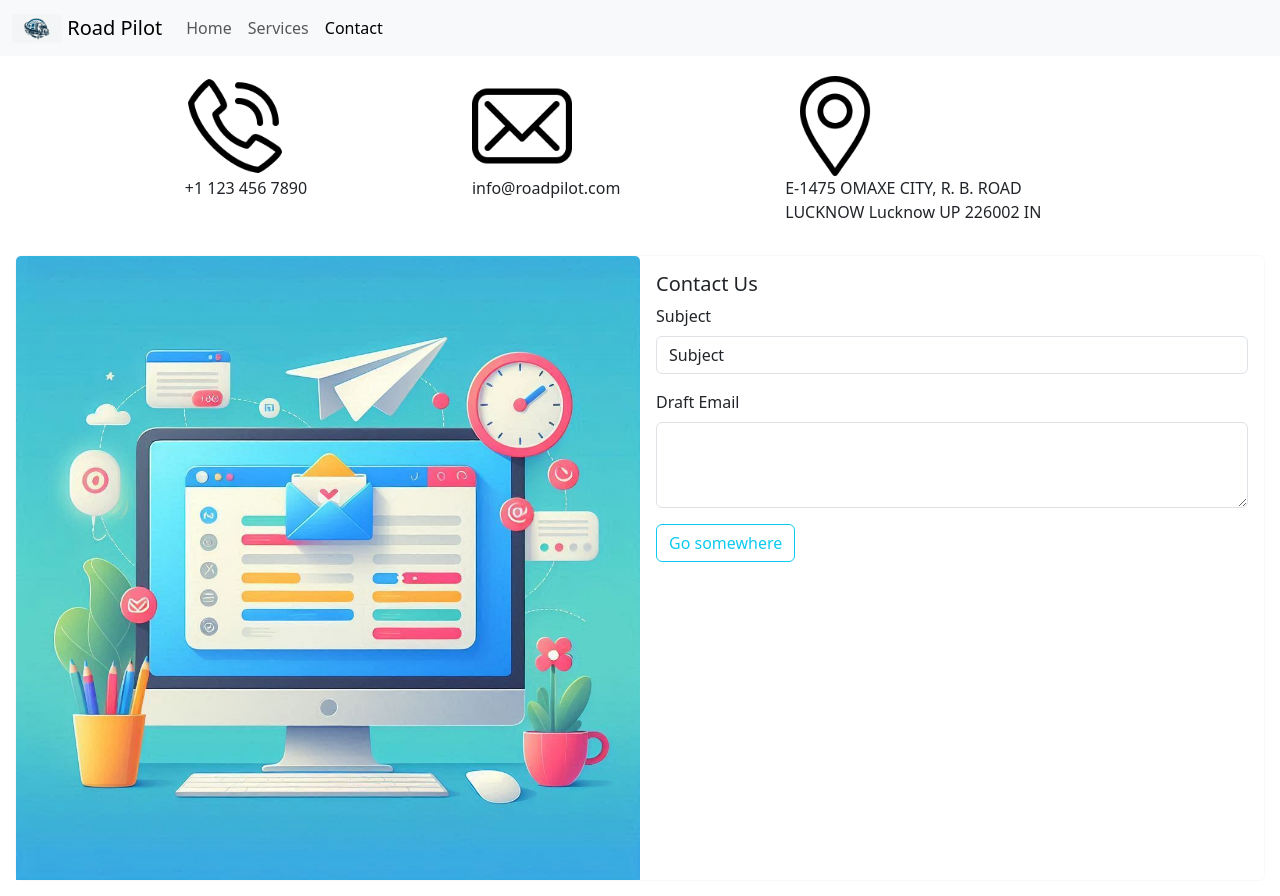
Repository: VictoriousMango/WebCreator
Page: pages/contact.html
An editor plug-in stored every save of this project. The page is shown before and after the next save, followed by the edit.
The browser window is 1280 px wide. The pictures show the whole page.

Above is the page before, as saved 2024-11-09 13:18:36.

After the next save:
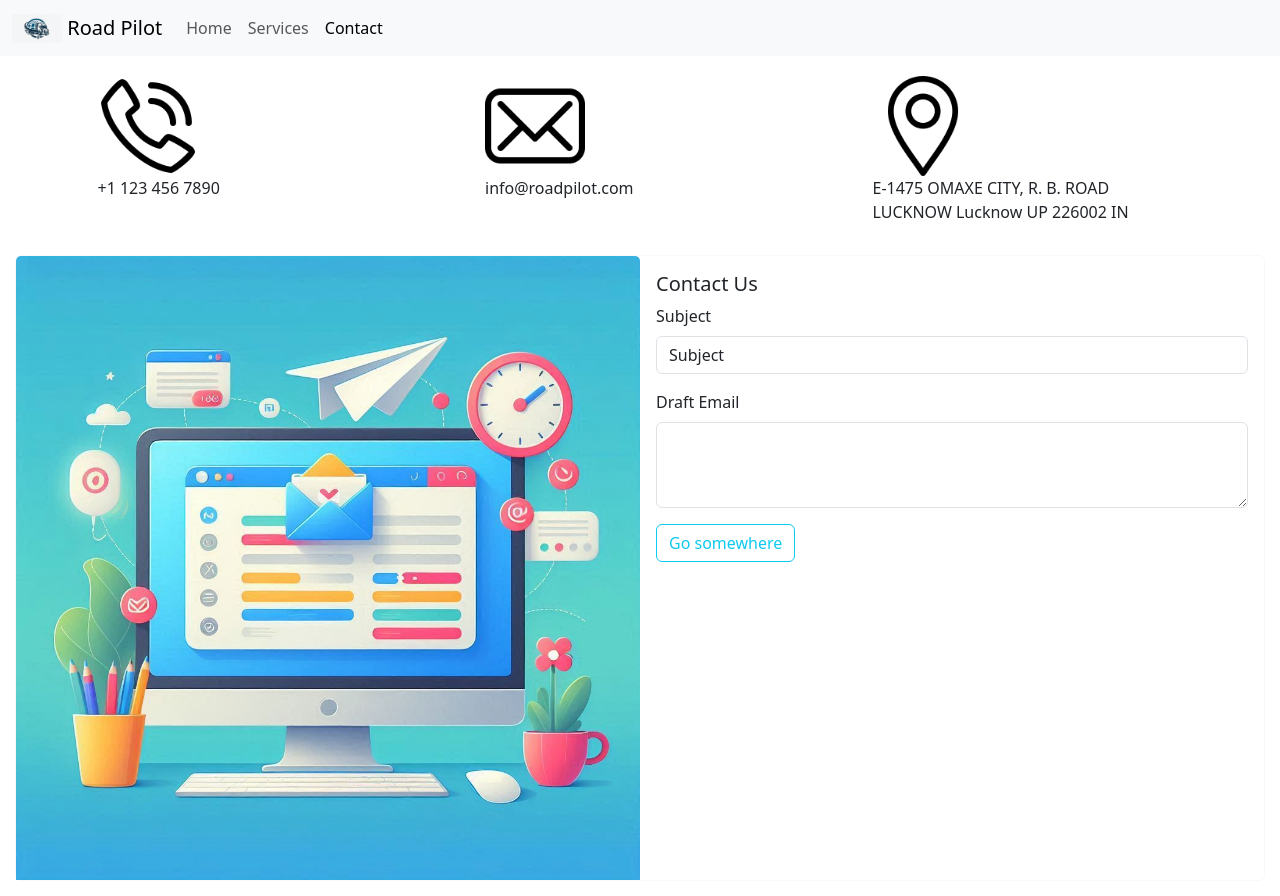
Saved 13 s later.
--- a/assets/css/contact.css
+++ b/assets/css/contact.css
@@ -9,7 +9,7 @@
 }
 
 .contact__link {
-    max-width: 25%;
+    width: 25%;
 }
 
 .contact__linksIMG {

After the 2 saves that followed:
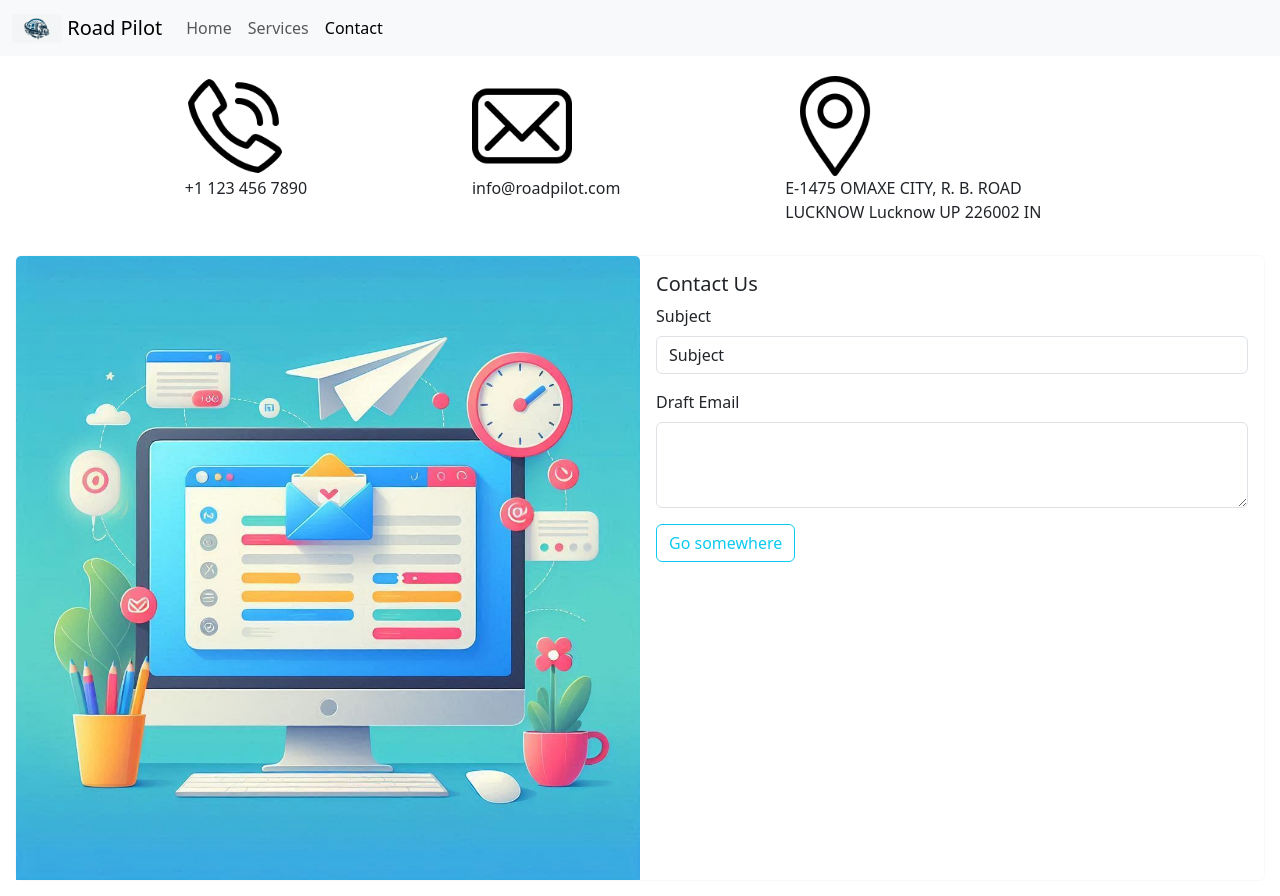
The 2 saves are shown as one change because they came seconds apart.
The last was saved 15 s later.
--- a/assets/css/contact.css
+++ b/assets/css/contact.css
@@ -9,7 +9,7 @@
 }
 
 .contact__link {
-    width: 25%;
+    max-width: 25%;
 }
 
 .contact__linksIMG {
